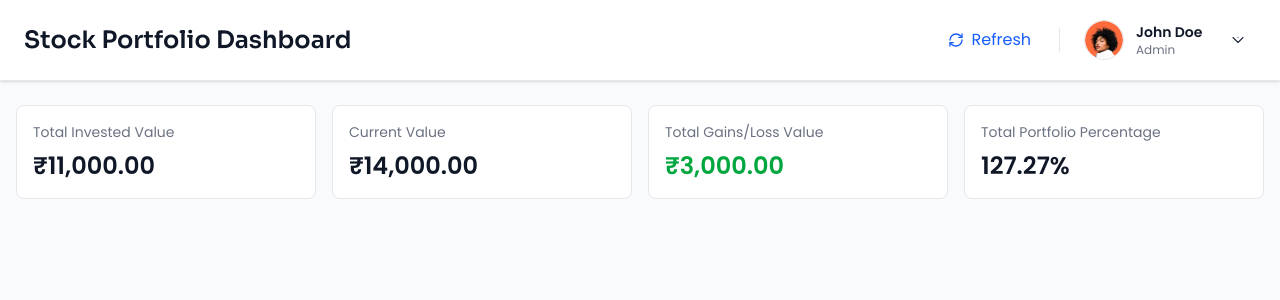
Repository: jabir12-12/inten-project
Page: /
An editor plug-in stored every save of this project. The page is shown before and after the next save, followed by the edit.
The browser window is 1280 px wide. The pictures show the whole page.
The project was rebuilt for these pictures with package versions that can differ from the ones it lists, and the page was loaded fresh each time. The framework's server and built-in components were replaced by stand-ins that run in the browser. Also part of the build but not shown: next.config.ts.

Above is the page before, as saved 2025-05-17 14:42:16.

After the next save:
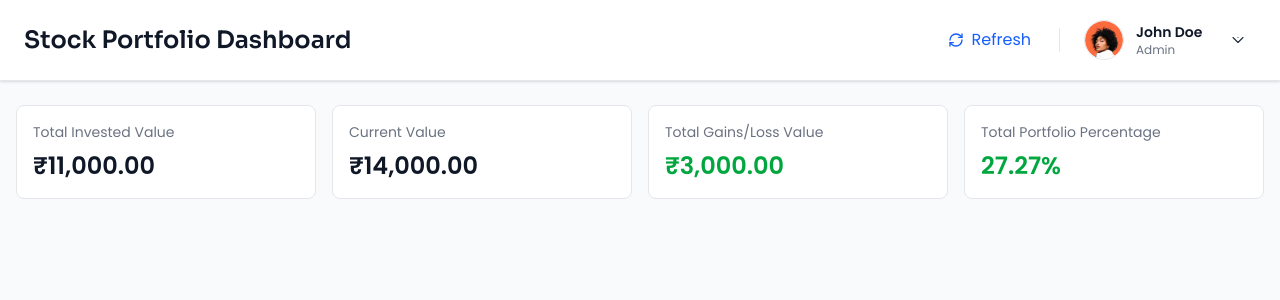
Saved 4 min 52 s later.
--- a/src/pages/index.tsx
+++ b/src/pages/index.tsx
@@ -9,7 +9,7 @@ export default function Home() {
 
   const gainLoss = currentValue - investedValue;
   const isGain = gainLoss >= 0;
-
+  // this convert the text into Indian Rupee format
   const gainLossText = `₹${gainLoss.toLocaleString("en-IN", {
     minimumFractionDigits: 2,
   })}`;
@@ -96,10 +96,11 @@ export default function Home() {
           {/* Portfolio Percentage (optional placeholder) */}
           <button className="flex flex-1 min-w-[240px] p-4 flex-col gap-2 border border-gray-200 rounded-lg bg-white transition-all duration-300 ease-in-out hover:shadow-[0_4px_20px_rgba(255,182,193,0.5)] hover:border-[#D6BBFB] hover:scale-[1.03] active:scale-[0.98]">
             <span className="text-gray-500 text-sm">Total Portfolio Percentage</span>
-            <span className="text-gray-900 text-2xl font-semibold">
-              {((currentValue / investedValue) * 100).toFixed(2)}%
+            <span className={`text-2xl font-semibold ${currentValue >= investedValue ? 'text-green-600' : 'text-red-600'}`}>
+              {(((currentValue - investedValue) / investedValue) * 100).toFixed(2)}%
             </span>
           </button>
+
         </div>
       </div>
     </div>
